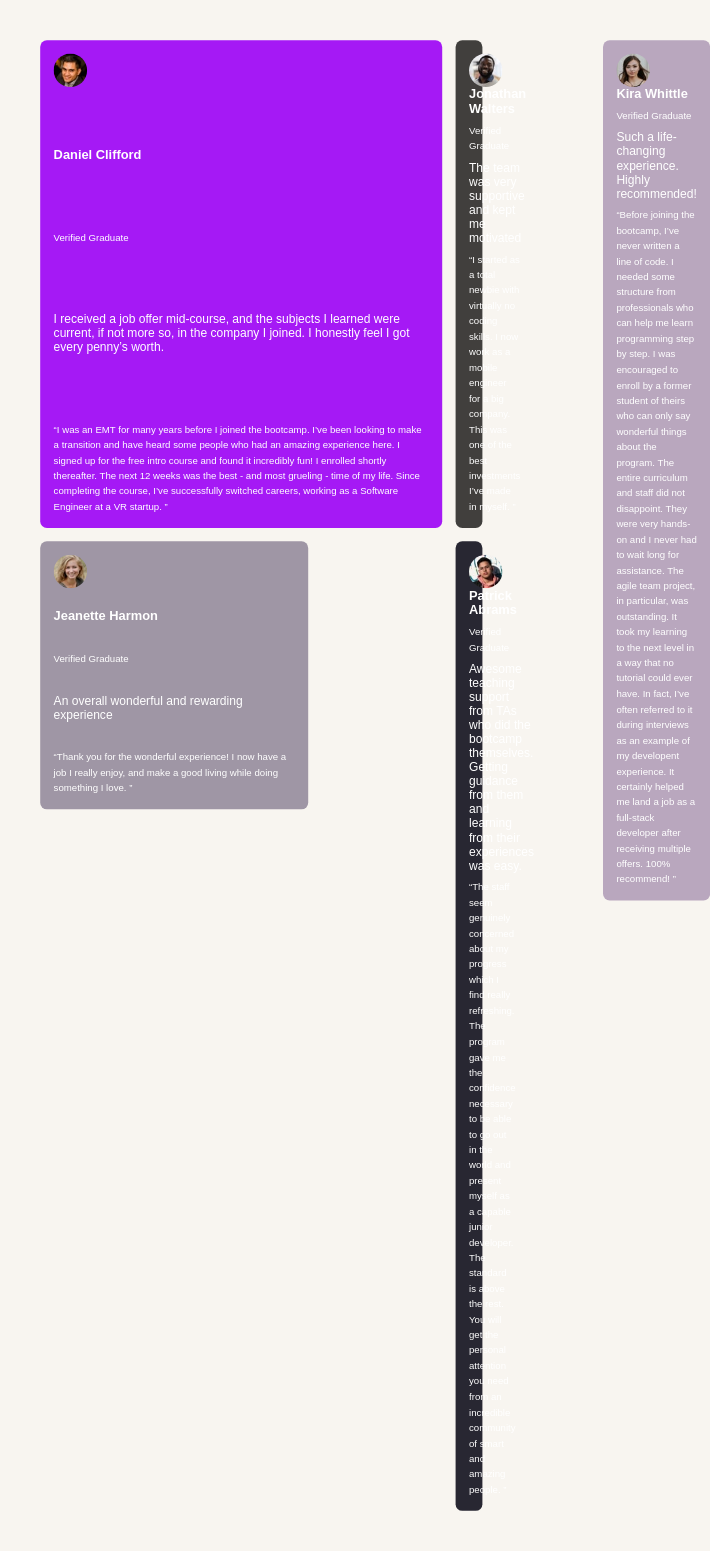
Repository: MagedElRefaey/Grid-Project
Page: Task.html
These files come from the project's save history. The page is drawn as it stood at one moment and after the next save; the edit follows.
The browser window is 768 px wide. The page is 1060 px wide, then 900 px, so the pictures cover 1060 px, including what lies to the right of the window. The pictures show the whole page, at 67% of full size.

Above is the page before, as saved 2024-09-13 23:27:05.

After the next save:
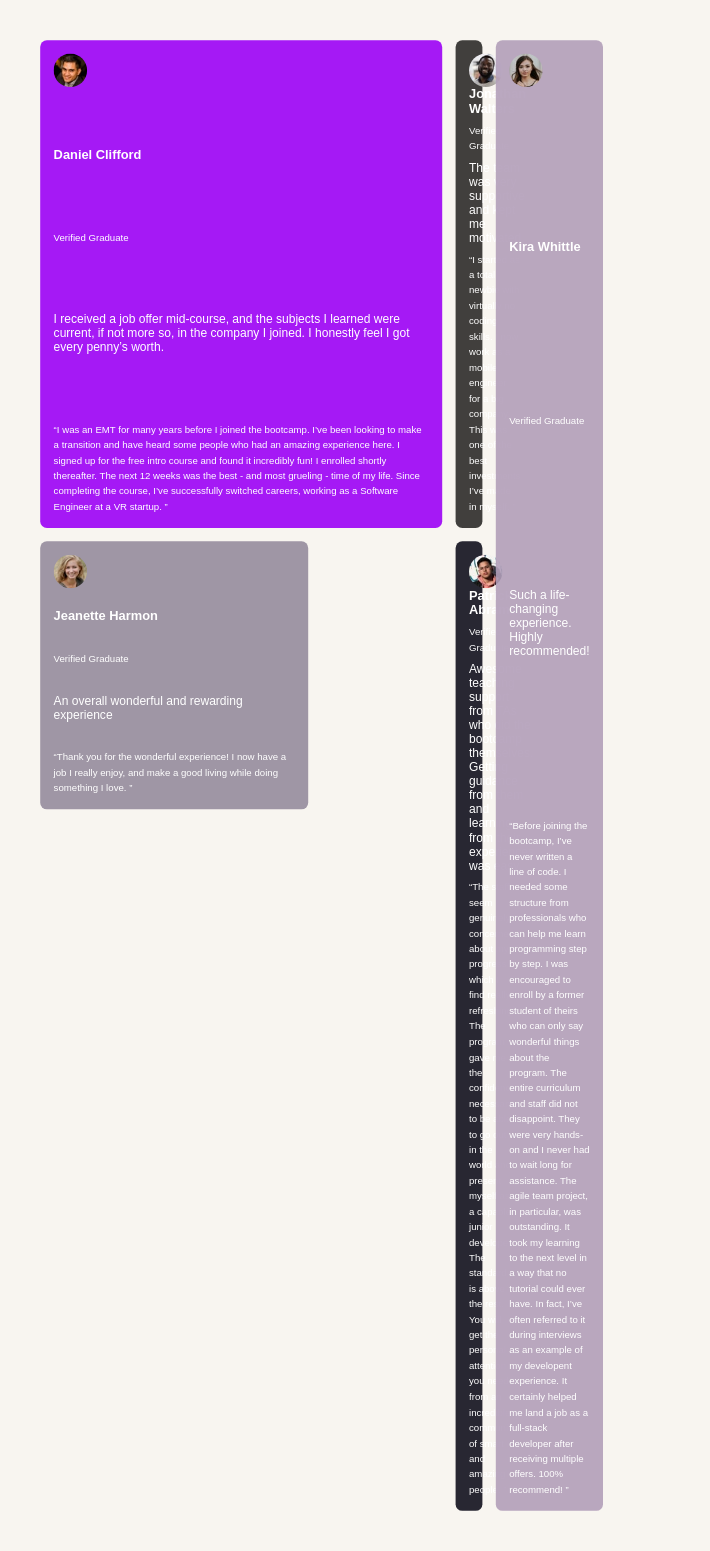
Saved 30 s later.
--- a/Style.css
+++ b/Style.css
@@ -103,8 +103,7 @@
         grid-template-columns: repeat(2,1fr);
 
     }
-    .Kira{
-        position: absolute;
-        left: 900px;
+    .Jonathan{
+        width: 100%;
     }
 }
